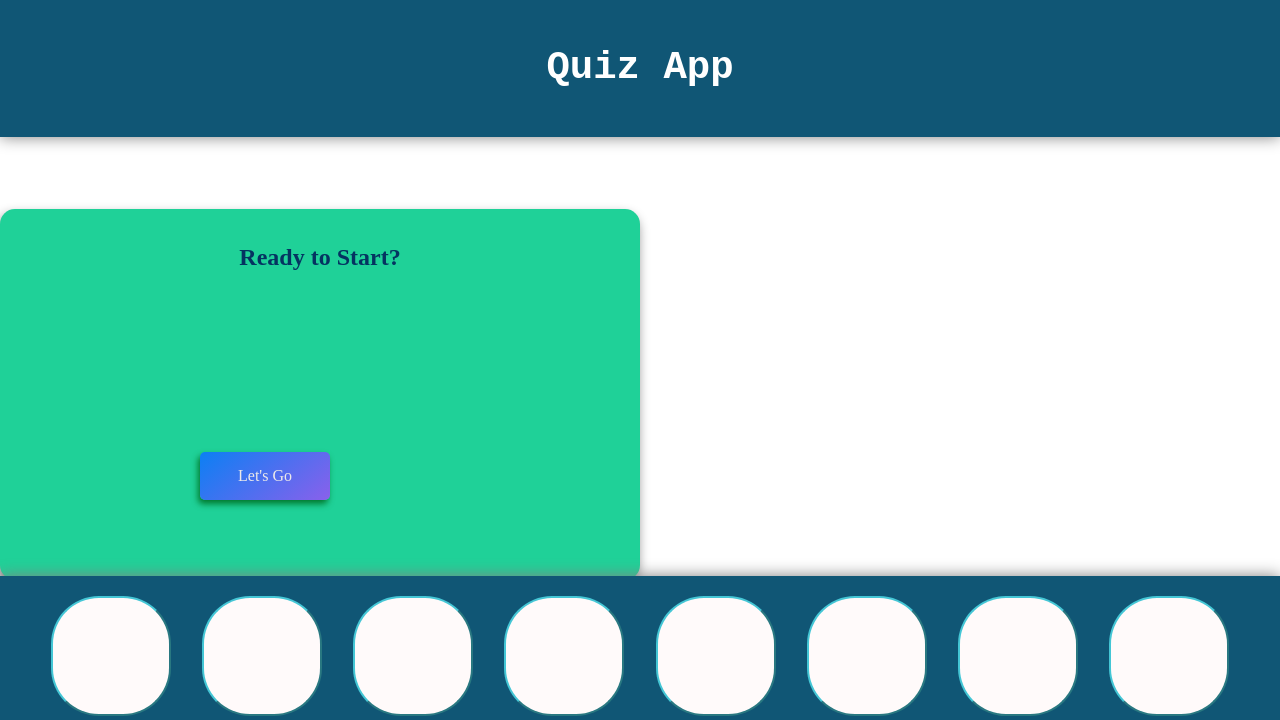
Repository: tpic12/quiz_app
Page: index.html
The author's editor kept a copy of each file at every save. The page is drawn from the files as they stood at one save, then again after the next save.
The browser window is 1280 px wide. The pictures show the whole page.

Above is the page before, as saved 2019-12-28 12:05:01.

### index.html
<!DOCTYPE html>
<html lang="en">

<head>
  <meta charset="UTF-8">
  <meta name="viewport" content="width=device-width, initial-scale=1.0">
  <meta http-equiv="X-UA-Compatible" content="ie=edge">
  <title>Quiz App</title>
  <link href="https://cdnjs.cloudflare.com/ajax/libs/normalize/8.0.1/normalize.min.css" rel="stylesheet"
    type="text/css" />
  <link href="app.css" rel="stylesheet" type="text/css" />
</head>

<body>
  <header>
    <section class='banner'>
      <h1>Quiz App</h1>
    </section>
  </header>
  <main class='display'>

  </main>
  <footer>
    <section class='counts'>
        <div class='count 0'></div>
        <div class='count 1'></div>
        <div class='count 2'></div>
        <div class='count 3'></div>
        <div class='count 4'></div>
        <div class='count 5'></div>
        <div class='count 6'></div>
        <div class='count 7'></div>
    </section>
  </footer>
  <script src="https://code.jquery.com/jquery-3.4.1.slim.js" crossorigin="anonymous"></script>
  <script src="app.js"></script>
</body>

</html>

### app.css
/* Your styles should be mobile-first and responsive */

/**
  * If you are unclear on how to utilize a mobile-first, responsive technique to write your CSS, here is an example:
  *
  * https://github.com/andreacardybailey/responsive_example/blob/master/styles/responsive-base.css
  *
*/
* {
  box-sizing: border-box;
  margin: 0;
}

.banner h1 {
  font-family: monospace;
  font-size: 3em;
}

.banner,
footer {
  color: white;
  font-family: monospace;
  padding: 20px;
  width: 100%;
  text-align: center;
  background-color: hsl(198, 76%, 26%);
  box-shadow: 0px 0px 15px grey;
  border-bottom: none;
  left: 0;
}

.main_card {
  display: flex;
  flex-flow: column;
  cmargin: auto;
  margin-top: 10vh;
  max-width: 50vw;
  min-width: 20vw;
  min-height: 40vh;
  text-align: center;
  justify-content: space-evenly;
  align-content: space-around;
  background-color: hsl(161, 74%, 47%);
  border-radius: 15px;
  padding: 20px;
  border: none;
  box-shadow: -2px 6px 12px grey;
}

button {
  margin: 30%;
  margin-bottom: 10%;
  color: hsl(0, 7%, 92%);
  background: linear-gradient(140deg, hsl(210, 91%, 50%), hsl(258, 78%, 65%));
  border: none;
  max-width: 130px;
  min-width: 100px;
  border-radius: 5px;
  padding: 15px;
  box-shadow: -2px 4px 6px hsl(142, 98%, 24%);
}

.mid-card {
  display: flex;
  flex-flow: column wrap;
  margin: auto;
  margin-top: 100px;
  max-width: 400px;
  min-width: 200px;
  text-align: center;
  align-content: center;
  background-color: hsl(161, 74%, 47%);
  border-radius: 15px;
  padding: 20px;
  border: none;
  box-shadow: -2px 6px 12px grey;
}

.main_card h2 {
  margin-top: 15px;
  font-weight: bolder;
  color: hsl(210, 90%, 20%);
}

input {
  margin: 20px 15px 20px 65px;
}

footer {
  position: fixed;
  bottom: 0;
  left: 0;
  height: 20vh;
}

.counts {
  display: flex;
  justify-content: space-evenly;
  height: 80%;
}

.count {
  border: 2px outset hsl(186, 63%, 55%);
  font-family: 'Gill Sans', 'Gill Sans MT', Calibri, 'Trebuchet MS', sans-serif;
  border-radius: 40%;
  flex-direction: row;
  width: 120px;
  height: 120px;
  background-color: hsl(0, 100%, 99%);
  padding: 15px;
}

h1 {
  font-family: sans-serif;
}

.green {
  background-color: green !important;
}

.red {
  background-color: red !important;
}

#snackbar {
  visibility: hidden;
  min-width: 350px;
  margin-left: -125px;

  color: #fff;
  text-align: center;
  align-content: flex-end;
  padding: 20px;
  position: fixed;
  z-index: 1;
  left: 50%;
  bottom: 30px;
}

#snackbar.show {
  visibility: visible;
  /-webkit-animation: fadein 0.5s, fadeout 0.5s 2.5s;
  animation: fadein 0.5s, fadeout 0.5s 2.5s;
}

@-webkit-keyframes fadein {
  from {
    bottom: 0;
    opacity: 0;
  }
  to {
    bottom: 30px;
    opacity: 1;
  }
}

@keyframes fadein {
  from {
    bottom: 0;
    opacity: 0;
  }
  to {
    bottom: 30px;
    opacity: 1;
  }
}

@-webkit-keyframes fadeout {
  from {
    bottom: 30px;
    opacity: 1;
  }
  to {
    bottom: 0;
    opacity: 0;
  }
}

@keyframes fadeout {
  from {
    bottom: 30px;
    opacity: 1;
  }
  to {
    bottom: 0;
    opacity: 0;
  }
}

### app.js
/**
 * Example store structure
 */
'use strict';

const STORE = {
  // 5 or more questions are required
  questions: [
    {
      question: 'How many items in a bakers dozen??',
      answers: ['11', '12', '13', '3'],
      correctAnswer: '13'
    },
    {
      question: 'What month is Oktoberfest held?',
      answers: ['September', 'October', 'Every Month', 'August'],
      correctAnswer: 'September'
    },
    {
      question: 'What color is an Orange Blossom?',
      answers: ['Red', 'Orange', 'Pink', 'White'],
      correctAnswer: 'White'
    },
    {
      question: 'Where did the Panama Hat originate?',
      answers: ['Ecuador', 'Panama', 'China', 'Cuba'],
      correctAnswer: 'Ecuador'
    },
    {
      question: 'What are toy marbles made from?',
      answers: ['Plastic', 'Quartz', 'Diamond', 'Glass'],
      correctAnswer: 'Glass'
    },
    {
      question: 'How many gallons are in a ten-gallon hat?',
      answers: [
        'Half a Gallon',
        'Ten-Gallons',
        'Three-Fourths of a Gallon',
        'Give-Gallon'
      ],
      correctAnswer: 'Three-Fourths of a Gallon'
    },
    {
      question: 'What is the biggest animal to ever live?',
      answers: ['Mammoth', 'T-Rex', 'Blue Whale', 'Brontosaurus'],
      correctAnswer: 'Blue Whale'
    },
    {
      question: 'Where is the red-bellied woodpecker predominately red?',
      answers: ['Head', 'Wings', 'Feet', 'Belly'],
      correctAnswer: 'Head'
    }
  ],
  questionNumber: 0,
  score: 0,
  quizStart: false
};

/**
 *
 * Your app should include a render() function, that regenerates
 * the view each time the store is updated. See your course
 * material, consult your instructor, and reference the slides
 * for more details.
 *
 * NO additional HTML elements should be added to the index.html file.
 *
 * You may add attributes (classes, ids, etc) to the existing HTML elements, or link stylesheets or additional scripts if necessary
 *
 */

/**
 * This function renders the quiz after you start, ...
 * answer a question, or restart the quiz
 */
function renderStartQuiz() {
  const mainCard = `<section class="main_card">
      <h2>Ready to Start?</h2>
      <button type='submit' id='start_quiz'>Let's Go</button>
    </section>`;

  $('.display').html(mainCard);

  $('.display').on('click', '#start_quiz', function(event) {
    event.preventDefault();
    STORE.quizStart = true;
    $('.main_card')
      .children()
      .remove();
    handleQuiz();
  });
}
/**
 * renders question one at a time depending on question number
 */
function renderQuestion() {
  if (
    STORE.questionNumber === STORE.questions.length &&
    STORE.questionNumber > 1
  ) {
    renderResults();
  } else {
    const qCard = `<h2>${STORE.questions[STORE.questionNumber].question}</h2>
    <form id="qForm">
        <input type='radio' name='answer' id='q1' value="${
          STORE.questions[STORE.questionNumber].answers[0]
        }"/><label for='q1' id='0'>${
      STORE.questions[STORE.questionNumber].answers[0]
    }</label>
        <input type='radio' name='answer' id='q2' value="${
          STORE.questions[STORE.questionNumber].answers[1]
        }"/><label for='q2' id='1'>${
      STORE.questions[STORE.questionNumber].answers[1]
    }</label><br>
        <input type='radio' name='answer' id='q3' value="${
          STORE.questions[STORE.questionNumber].answers[2]
        }"/><label for='q3' id='2'>${
      STORE.questions[STORE.questionNumber].answers[2]
    }</label>
        <input type='radio' name='answer' id='q4' value="${
          STORE.questions[STORE.questionNumber].answers[3]
        }"/><label for='q4' id='3'>${
      STORE.questions[STORE.questionNumber].answers[3]
    }</label><br>
    </form>
    <button type='submit' id='submit_answer'>Final Answer</button>`;

    $('.main_card').html(qCard);
    $('input:checked').on('su');
    $('.main_card').on('click', '#submit_answer', function(event) {
      event.preventDefault();
      checkAnswer();
      //original next question spot

      $('.main_card')
        .children()
        .remove();

      handleQuiz();
    });
  }
}
/**
 * renders results page

 */

function generateResults(finalScore, numberOfQuestions) {
  return `<h2>You scored ${finalScore} out of ${numberOfQuestions}!</h2><button id='restart'>Restart Quiz</button>`;
}

/* Render results element with button that restarts the quiz*/
function renderResults() {
  let score = STORE.score;
  let num = STORE.questionNumber;

  $('.main_card').html(generateResults(score, num));
  $('#restart').click(function(event) {
    event.preventDefault();
    console.log('Restarting Quiz');

    STORE.questionNumber = 0;
    STORE.score = 0;
    $('.count')
      .removeClass('snackbar')
      .removeClass('red')
      .removeClass('green')
      .removeClass('show');
    renderStartQuiz();
  });
}

/**
 * this function checks the correctnes of the answer
 */
function checkAnswer() {
  let form = document.getElementById('qForm');
  let ans = form['answer'];
  for (let i = 0; i < ans.length; i++) {
    //is a button checked
    if (ans[i].checked) {
      //compare value of ans[i] to correct answer
      if (
        ans[i].value === STORE.questions[STORE.questionNumber].correctAnswer
      ) {
        scoreKeeper(true);
      } else {
        scoreKeeper(false);
      }
    }
  }
}

function generateAnswerSnackbar(questionAnswer) {
  return `<div class=.${STORE.questionNumber}>
              <p>Sorry, the correct answer is ${questionAnswer}</p>
          </div>`;
}

function scoreKeeper(bool) {
  if (bool === true) {
    console.log('plus 1 point');
    STORE.score++;
    $(`.${STORE.questionNumber}`)
      .addClass('green')
      .addClass('snackbar')
      .html(`<p>Correct!</p>`);
    $('section.main_card');
    console.log('next q!');
    STORE.questionNumber++;
  }
  if (bool === false) {
    console.log('no points for you');
    $(`.${STORE.questionNumber}`)
      .addClass('red')
      .addClass('snackbar')
      .html(
        generateAnswerSnackbar(
          STORE.questions[STORE.questionNumber].correctAnswer
        )
      );
    console.log('next q!');
    STORE.questionNumber++;
  }
}

function handleQuiz() {
  if (STORE.quizStart === false) {
    renderStartQuiz();
  } else {
    renderQuestion();
  }
}

$(handleQuiz);

After the next save:
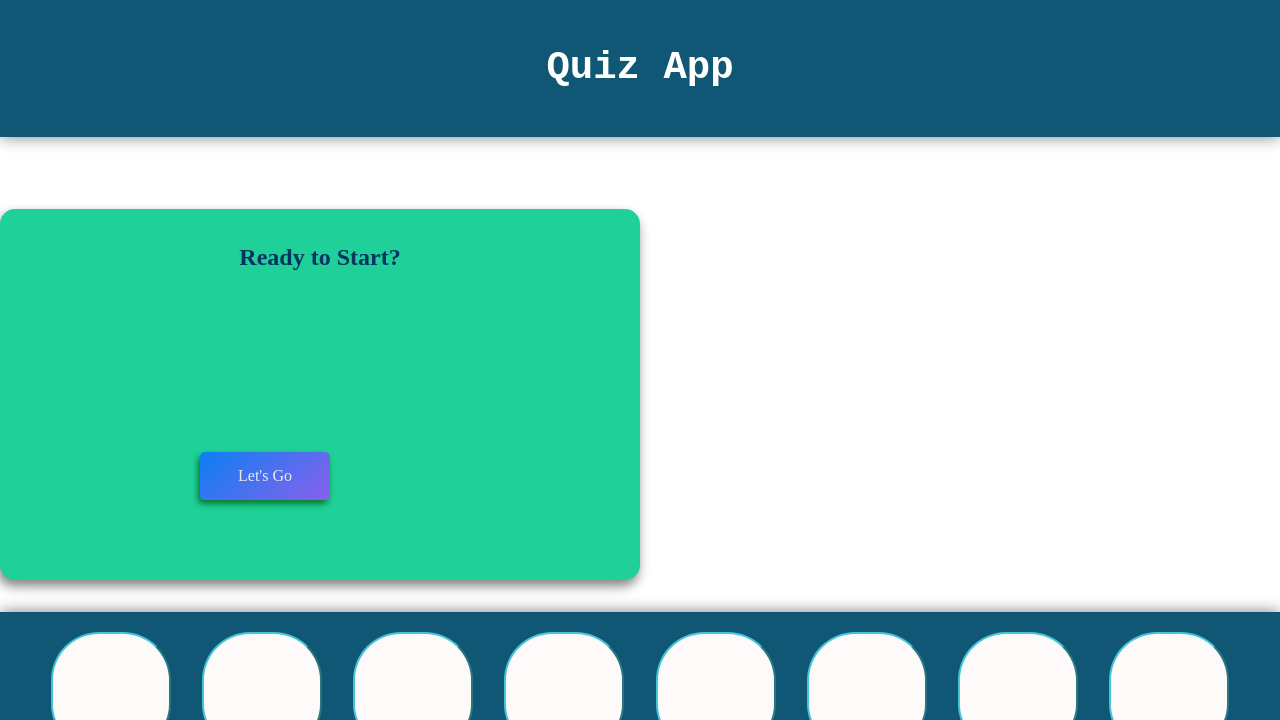
Saved 8 s later.
--- a/app.css
+++ b/app.css
@@ -90,7 +90,7 @@ footer {
   position: fixed;
   bottom: 0;
   left: 0;
-  height: 20vh;
+  height: 15vh;
 }
 
 .counts {
